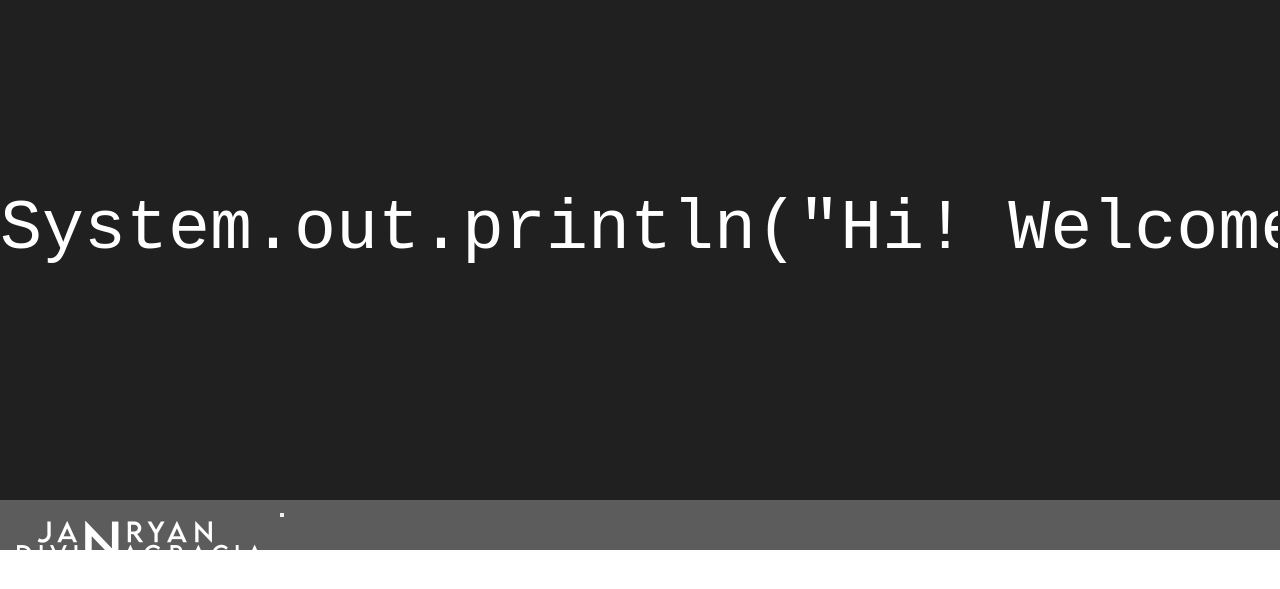
Repository: janry-gracia/Divinagracia_FinalProject
Page: Pages/storyofmylife.html
An editor plug-in stored every save of this project. The page is shown before and after the next save, followed by the edit.
The browser window is 1280 px wide. The pictures show the whole page.

Above is the page before, as saved 2021-05-18 00:50:54.
Console error: TypeError: Cannot read properties of null (reading 'addEventListener')

After the next save:
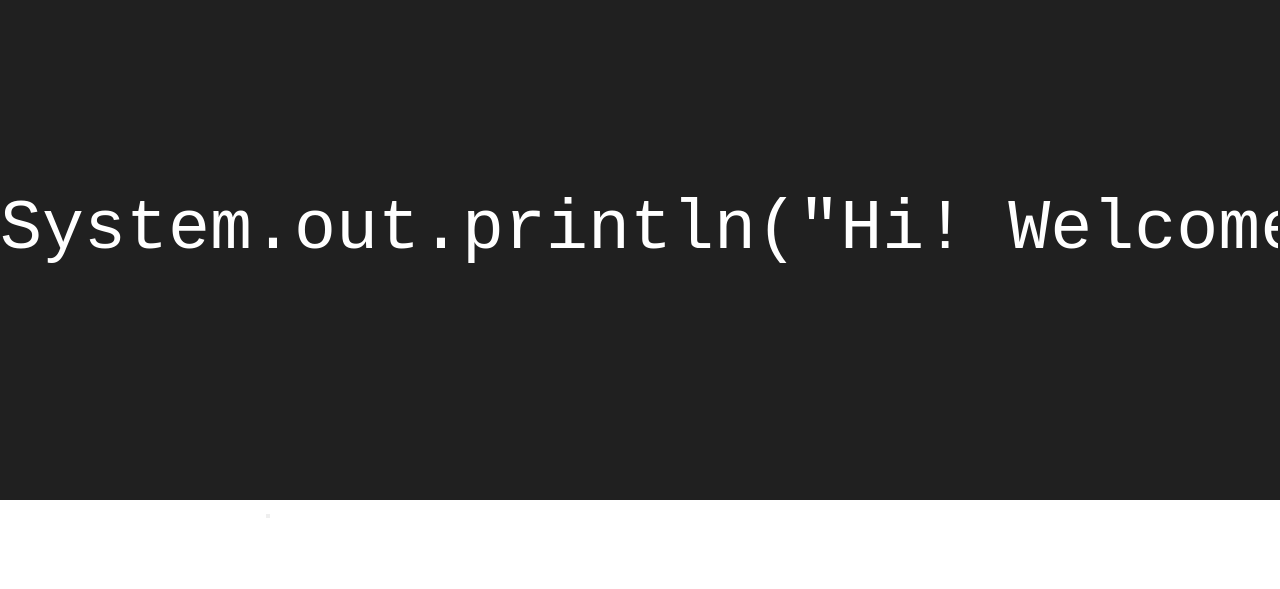
Saved 24 s later.
--- a/Pages/storyofmylife.html
+++ b/Pages/storyofmylife.html
@@ -19,7 +19,7 @@
             <p class="message typewriter">System.out.println("Hi! Welcome to my LIFE.")</p>
         </div>
 
-        <nav class="nav navbar-expand-md position-sticky">
+        <nav class="navbar navbar-expand-md position-sticky">
             <div class="container-fluid nav-container">
                 <a href="#" class="navbar-brand"><img src="/Pictures/logo.png" alt="Picture of My logo" width="250"></a>
                 <button class="navbar-toggler" type="button" data-toggle="collaps" data-target="#navbarResponsive">
